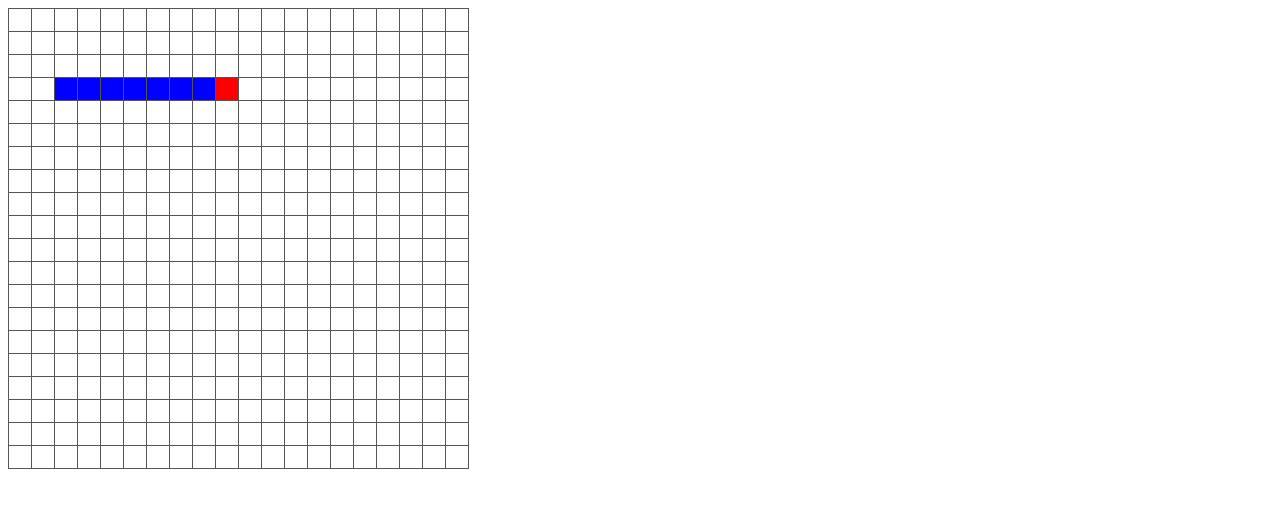
Repository: ycsheng/Games
Page: 01_snake/index.html
An editor plug-in stored every save of this project. The page is shown before and after the next save, followed by the edit.
The browser window is 1280 px wide. The pictures show the whole page.

Above is the page before, as saved 2021-09-18 11:10:01.

After the next save:
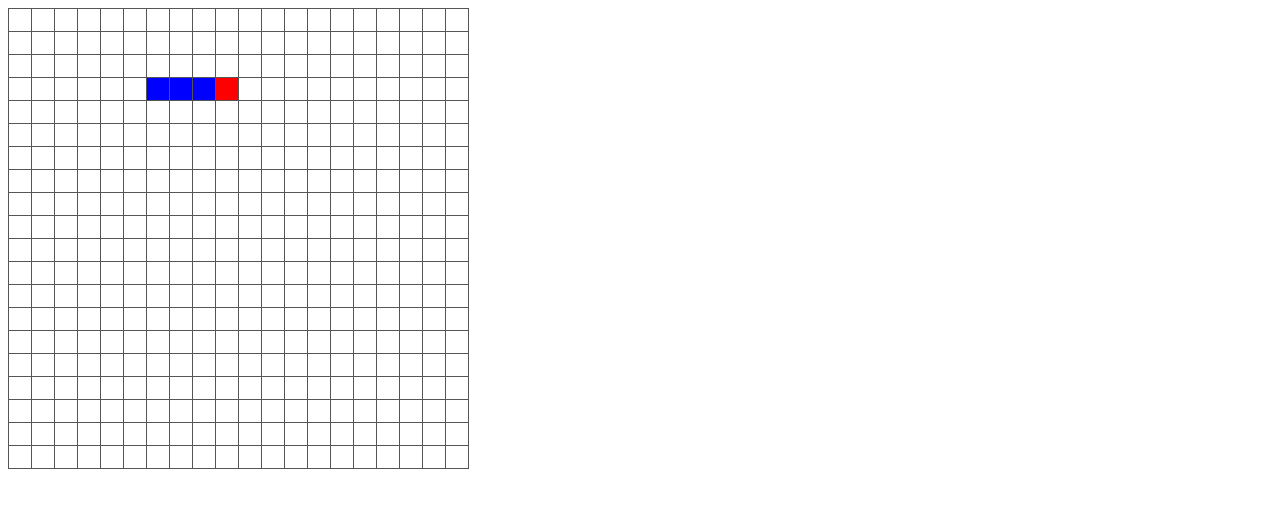
Saved 44 s later.
--- a/01_snake/js/Game.js
+++ b/01_snake/js/Game.js
@@ -54,6 +54,7 @@ Game.prototype.setColor = function(row, col, color) {
 var timer = setInterval(function() {
   // 定时器里面的核心就是游戏的渲染本质，清屏-更新-渲染
   // 清除屏幕
+  game.clear();
   // 渲染蛇
   game.snake.render();
   // 蛇的运动
